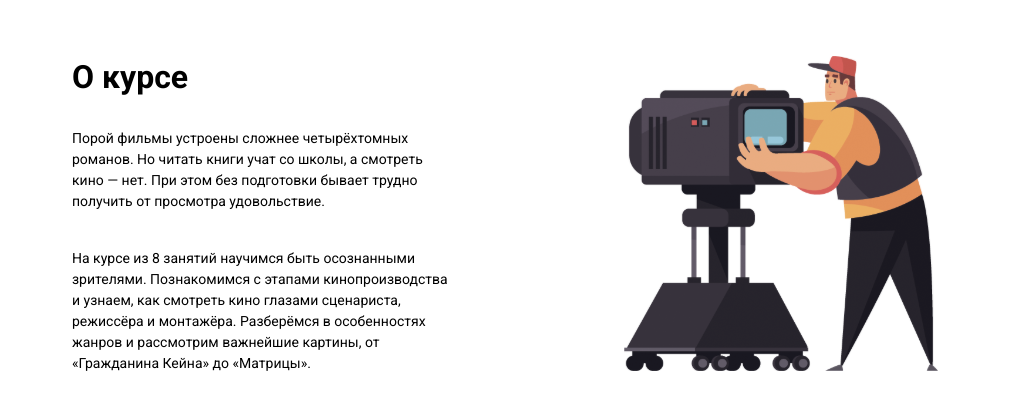
Repository: AytacSafarova/task-figma--1
Page: index.html
These files come from the project's save history. The page is drawn as it stood at one moment and after a run of saves; the edit follows.
The browser window is 1024 px wide. The pictures show the whole page.

Above is the page before, as saved 2023-04-29 20:30:38.

After the next 5 saves:
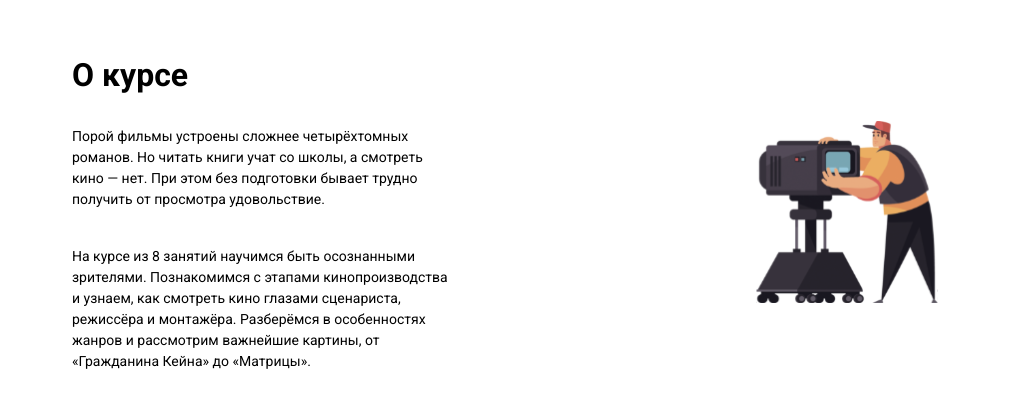
The 5 saves are shown as one change because they came seconds apart.
The last was saved 30 s later.
--- a/index.css
+++ b/index.css
@@ -72,6 +72,10 @@ li {
 .left p{
     font-size: 14px;
 }
+.right svg {
+    width: 182px;
+    height: 182px;
+}
 
 }
 @media screen and (max-width: 768px) {
